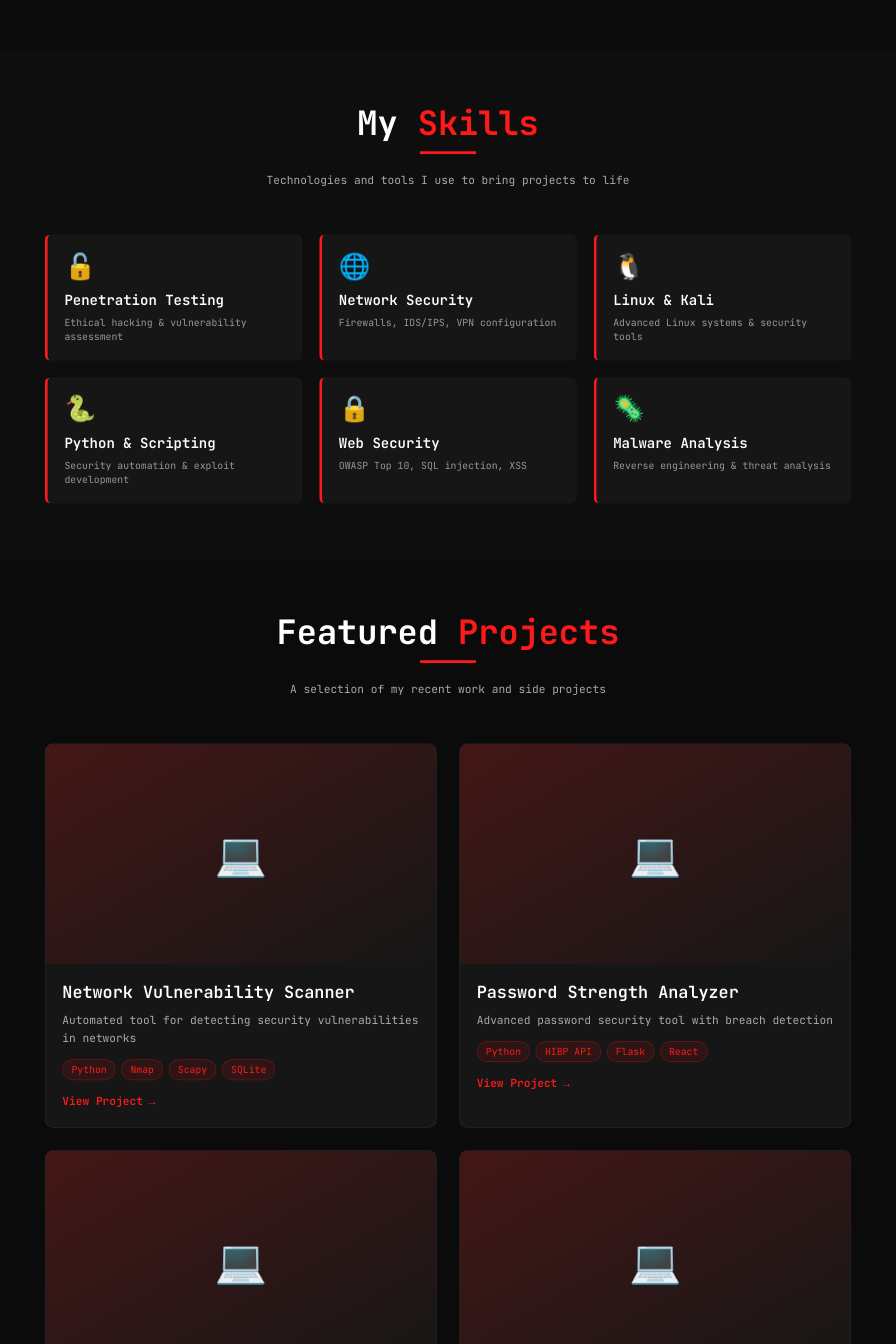
Repository: Eyub-Abdi/portfolio
Page: /
These files come from the project's save history. The page is drawn as it stood at one moment and after the next save; the edit follows.
The browser window is 1280 px wide. The pictures show the part of the page from y = 1503 to 3423 px (the page is 4977 px tall before and 5004 px after), at 70% of full size.
The project was rebuilt for these pictures with package versions that can differ from the ones it lists, and the page was loaded fresh each time. Also part of the build but not shown: vite.config.ts.

Above is the page before, as saved 2025-12-02 11:21:48.

### index.html
<!DOCTYPE html>
<html lang="en">
  <head>
    <meta charset="UTF-8" />
    <link rel="icon" type="image/svg+xml" href="/vite.svg" />
    <meta name="viewport" content="width=device-width, initial-scale=1.0" />
    <title>Ayub Abdi | Cybersecurity Specialist & Ethical Hacker</title>
    <meta name="description" content="Portfolio of Ayub Abdi - Cybersecurity Specialist specializing in penetration testing, ethical hacking, and network security." />
    <meta name="keywords" content="cybersecurity, ethical hacking, penetration testing, network security, vulnerability assessment, Ayub Abdi" />
    <meta name="author" content="Ayub Abdi" />

    <!-- Open Graph / Facebook -->
    <meta property="og:type" content="website" />
    <meta property="og:title" content="Ayub Abdi | Cybersecurity Specialist" />
    <meta property="og:description" content="Portfolio showcasing cybersecurity projects, penetration testing, and ethical hacking expertise" />

    <!-- Twitter -->
    <meta name="twitter:card" content="summary_large_image" />
    <meta name="twitter:title" content="Ayub Abdi | Cybersecurity Specialist" />
    <meta name="twitter:description" content="Portfolio showcasing cybersecurity projects, penetration testing, and ethical hacking expertise" />

    <!-- Font Awesome -->
    <link rel="stylesheet" href="https://cdnjs.cloudflare.com/ajax/libs/font-awesome/6.5.0/css/all.min.css" referrerpolicy="no-referrer" />
  </head>
  <body>
    <div id="root"></div>
    <script type="module" src="/src/main.tsx"></script>
  </body>
</html>

### src/index.css
@import url('https://fonts.googleapis.com/css2?family=JetBrains+Mono:wght@400;500;600;700&display=swap');

@tailwind base;
@tailwind components;
@tailwind utilities;

* {
  margin: 0;
  padding: 0;
  box-sizing: border-box;
}

body {
  font-family: 'JetBrains Mono', monospace;
  background-color: #0b0b0b;
  color: #cfcfcf;
  line-height: 1.7;
  overflow-x: hidden;
}

html {
  scroll-behavior: smooth;
}

::-webkit-scrollbar {
  width: 10px;
}

::-webkit-scrollbar-track {
  background: #0b0b0b;
}

::-webkit-scrollbar-thumb {
  background: #ff1a1a;
  border-radius: 5px;
}

::-webkit-scrollbar-thumb:hover {
  background: #ff4040;
}

### src/App.tsx
import { useState, useEffect } from 'react'

function App() {
  const [isScrolled, setIsScrolled] = useState(false)
  const [activeSection, setActiveSection] = useState('home')

  useEffect(() => {
    const handleScroll = () => {
      setIsScrolled(window.scrollY > 50)

      // Update active section based on scroll position
      const sections = ['home', 'about', 'skills', 'projects', 'contact']
      const currentSection = sections.find(section => {
        const element = document.getElementById(section)
        if (element) {
          const rect = element.getBoundingClientRect()
          return rect.top <= 100 && rect.bottom >= 100
        }
        return false
      })
      if (currentSection) setActiveSection(currentSection)
    }

    window.addEventListener('scroll', handleScroll)
    return () => window.removeEventListener('scroll', handleScroll)
  }, [])

  const scrollToSection = (sectionId: string) => {
    const element = document.getElementById(sectionId)
    if (element) {
      element.scrollIntoView({ behavior: 'smooth' })
    }
  }

  const skills = [
    { name: 'Penetration Testing', icon: '🔓', description: 'Ethical hacking & vulnerability assessment' },
    { name: 'Network Security', icon: '🌐', description: 'Firewalls, IDS/IPS, VPN configuration' },
    { name: 'Linux & Kali', icon: '🐧', description: 'Advanced Linux systems & security tools' },
    { name: 'Python & Scripting', icon: '🐍', description: 'Security automation & exploit development' },
    { name: 'Web Security', icon: '🔒', description: 'OWASP Top 10, SQL injection, XSS' },
    { name: 'Malware Analysis', icon: '🦠', description: 'Reverse engineering & threat analysis' }
  ]

  const projects = [
    {
      title: 'Network Vulnerability Scanner',
      description: 'Automated tool for detecting security vulnerabilities in networks',
      tech: ['Python', 'Nmap', 'Scapy', 'SQLite'],
      link: '#'
    },
    {
      title: 'Password Strength Analyzer',
      description: 'Advanced password security tool with breach detection',
      tech: ['Python', 'HIBP API', 'Flask', 'React'],
      link: '#'
    },
    {
      title: 'Web Application Firewall',
      description: 'Custom WAF for detecting and blocking malicious requests',
      tech: ['Python', 'ModSecurity', 'Nginx', 'ML'],
      link: '#'
    },
    {
      title: 'Security Awareness Platform',
      description: 'Educational platform for cybersecurity training',
      tech: ['React', 'Node.js', 'MongoDB', 'Gamification'],
      link: '#'
    }
  ]

  return (
    <div className="min-h-screen bg-dark-bg text-gray-text">
      {/* Header */}
      <header className={`fixed w-full z-50 transition-all duration-300 ${isScrolled ? 'bg-black/80 backdrop-blur-md border-b border-red-terminal/10' : 'bg-transparent'}`}>
        <nav className="container mx-auto px-6 py-4">
          <div className="flex items-center justify-between">
            <a
              href="#home"
              onClick={e => {
                e.preventDefault()
                scrollToSection('home')
              }}
              className="text-red-terminal text-2xl font-bold hover:opacity-80 transition-opacity"
            >
              &lt;Ayub Abdi /&gt;
            </a>

            <ul className="hidden md:flex items-center gap-8">
              {['home', 'about', 'skills', 'projects', 'contact'].map(item => (
                <li key={item}>
                  <a
                    href={`#${item}`}
                    onClick={e => {
                      e.preventDefault()
                      scrollToSection(item)
                    }}
                    className={`capitalize text-sm font-medium transition-colors hover:text-red-terminal ${activeSection === item ? 'text-red-terminal' : 'text-gray-text'}`}
                  >
                    {item}
                  </a>
                </li>
              ))}
            </ul>

            <a
              href="#contact"
              onClick={e => {
                e.preventDefault()
                scrollToSection('contact')
              }}
              className="hidden md:block bg-gradient-to-r from-red-terminal to-red-500 text-white px-6 py-2 rounded-full font-semibold hover:scale-105 transition-transform"
            >
              Get In Touch
            </a>
          </div>
        </nav>
      </header>

      {/* Hero Section */}
      <section id="home" className="min-h-screen flex items-center justify-center relative overflow-hidden px-6">
        <div className="absolute inset-0 bg-gradient-to-br from-black via-dark-bg to-panel-bg"></div>
        <div className="absolute inset-0 opacity-10">
          <div className="absolute top-20 left-20 w-72 h-72 bg-red-terminal rounded-full filter blur-3xl animate-pulse"></div>
          <div className="absolute bottom-20 right-20 w-96 h-96 bg-red-terminal rounded-full filter blur-3xl animate-pulse delay-1000"></div>
        </div>

        <div className="relative z-10 text-center max-w-4xl mx-auto">
          <div className="mb-6 overflow-hidden">
            <p className="text-red-terminal text-sm md:text-base font-semibold uppercase tracking-widest mb-4 animate-fade-in">Welcome to My Portfolio</p>
          </div>

          <h1 className="text-5xl md:text-7xl font-bold text-white mb-6 leading-tight">
            Hi, I'm <span className="text-red-terminal">Your Name</span>
          </h1>

          <h2 className="text-2xl md:text-4xl font-semibold text-gray-text/90 mb-8">Full Stack Developer & Designer</h2>

          <p className="text-lg md:text-xl text-gray-text/80 max-w-2xl mx-auto mb-12 leading-relaxed">I craft beautiful, functional, and user-centered digital experiences. Let's build something amazing together.</p>

          <div className="flex flex-col sm:flex-row gap-4 justify-center items-center">
            <a
              href="#projects"
              onClick={e => {
                e.preventDefault()
                scrollToSection('projects')
              }}
              className="group relative bg-gradient-to-r from-red-terminal to-red-500 text-white px-8 py-4 rounded-full font-semibold text-lg hover:scale-105 transition-all duration-300 shadow-lg shadow-red-terminal/30 overflow-hidden"
            >
              <span className="relative z-10 flex items-center gap-2">
                View My Work
                <span className="group-hover:translate-x-1 transition-transform">→</span>
              </span>
              <div className="absolute inset-0 bg-gradient-to-r from-red-500 to-red-terminal opacity-0 group-hover:opacity-100 transition-opacity"></div>
            </a>

            <a
              href="#contact"
              onClick={e => {
                e.preventDefault()
                scrollToSection('contact')
              }}
              className="border-2 border-red-terminal text-red-terminal px-8 py-4 rounded-full font-semibold text-lg hover:bg-red-terminal hover:text-white transition-all duration-300"
            >
              Contact Me
            </a>
          </div>
        </div>
      </section>

      {/* About Section */}
      <section id="about" className="py-20 px-6">
        <div className="container mx-auto max-w-6xl">
          <div className="text-center mb-16">
            <h2 className="text-4xl md:text-5xl font-bold text-white mb-4">
              About <span className="text-red-terminal">Me</span>
            </h2>
            <div className="w-20 h-1 bg-red-terminal mx-auto"></div>
          </div>

          <div className="grid md:grid-cols-2 gap-12 items-center">
            <div className="space-y-6">
              <p className="text-lg text-gray-text/90 leading-relaxed">
                I'm a passionate cybersecurity professional specializing in penetration testing, vulnerability assessment,
                and ethical hacking. With a deep understanding of both offensive and defensive security, I help organizations
                protect their digital assets.
              </p>

              <p className="text-lg text-gray-text/90 leading-relaxed">
                My journey in cybersecurity started with a fascination for how systems work and how they can be secured.
                Today, I focus on identifying vulnerabilities before malicious actors can exploit them.
              </p>

              <div className="pt-4">
                <h3 className="text-xl font-semibold text-red-terminal mb-4">Quick Facts</h3>
                <ul className="space-y-2">
                  <li className="flex items-center gap-3">
                    <span className="text-red-terminal">▹</span>
                    <span>🎓 Certified Ethical Hacker (CEH)</span>
                  </li>
                  <li className="flex items-center gap-3">
                    <span className="text-red-terminal">▹</span>
                    <span>🛡️ OSCP & Security+</span>
                  </li>
                  <li className="flex items-center gap-3">
                    <span className="text-red-terminal">▹</span>
                    <span>📍 Based in East Africa</span>
                  </li>
                  <li className="flex items-center gap-3">
                    <span className="text-red-terminal">▹</span>
                    <span>💻 Kali Linux Enthusiast</span>
                  </li>
                </ul>
              </div>
            </div>

            <div className="relative">
              <div className="aspect-square bg-gradient-to-br from-red-terminal/20 to-transparent rounded-2xl p-8 border border-red-terminal/30">
                <div className="w-full h-full bg-panel-bg rounded-xl flex items-center justify-center text-8xl">🛡️</div>
              </div>
              <div className="absolute -bottom-6 -right-6 w-full h-full bg-red-terminal/10 rounded-2xl -z-10"></div>
            </div>
          </div>
        </div>
      </section>

      {/* Skills Section */}
      <section id="skills" className="py-20 px-6 bg-panel-bg/30">
        <div className="container mx-auto max-w-6xl">
          <div className="text-center mb-16">
            <h2 className="text-4xl md:text-5xl font-bold text-white mb-4">
              My <span className="text-red-terminal">Skills</span>
            </h2>
            <div className="w-20 h-1 bg-red-terminal mx-auto mb-6"></div>
            <p className="text-gray-text/80 max-w-2xl mx-auto">Technologies and tools I use to bring projects to life</p>
          </div>

          <div className="grid grid-cols-1 md:grid-cols-2 lg:grid-cols-3 gap-6">
            {skills.map((skill, index) => (
              <div key={index} className="group bg-panel-bg border-l-4 border-red-terminal p-6 rounded-lg hover:transform hover:-translate-y-2 transition-all duration-300 hover:shadow-xl hover:shadow-red-terminal/20">
                <div className="text-4xl mb-4">{skill.icon}</div>
                <h3 className="text-xl font-semibold text-white mb-2 group-hover:text-red-terminal transition-colors">{skill.name}</h3>
                <p className="text-gray-text/70 text-sm">{skill.description}</p>
              </div>
            ))}
          </div>
        </div>
      </section>

      {/* Projects Section */}
      <section id="projects" className="py-20 px-6">
        <div className="container mx-auto max-w-6xl">
          <div className="text-center mb-16">
            <h2 className="text-4xl md:text-5xl font-bold text-white mb-4">
              Featured <span className="text-red-terminal">Projects</span>
            </h2>
            <div className="w-20 h-1 bg-red-terminal mx-auto mb-6"></div>
            <p className="text-gray-text/80 max-w-2xl mx-auto">A selection of my recent work and side projects</p>
          </div>

          <div className="grid grid-cols-1 md:grid-cols-2 gap-8">
            {projects.map((project, index) => (
              <div key={index} className="group bg-panel-bg rounded-xl overflow-hidden border border-gray-text/10 hover:border-red-terminal/50 transition-all duration-300 hover:transform hover:-translate-y-2 hover:shadow-2xl hover:shadow-red-terminal/20">
                <div className="aspect-video bg-gradient-to-br from-red-terminal/20 to-panel-bg flex items-center justify-center text-6xl group-hover:scale-105 transition-transform duration-300">💻</div>

                <div className="p-6">
                  <h3 className="text-2xl font-semibold text-white mb-3 group-hover:text-red-terminal transition-colors">{project.title}</h3>

                  <p className="text-gray-text/80 mb-4 leading-relaxed">{project.description}</p>

                  <div className="flex flex-wrap gap-2 mb-4">
                    {project.tech.map((tech, i) => (
                      <span key={i} className="px-3 py-1 bg-red-terminal/10 text-red-terminal text-sm rounded-full border border-red-terminal/30">
                        {tech}
                      </span>
                    ))}
                  </div>

                  <a href={project.link} className="inline-flex items-center gap-2 text-red-terminal font-semibold hover:gap-3 transition-all">
                    View Project <span>→</span>
                  </a>
                </div>
              </div>
            ))}
          </div>
        </div>
      </section>

      {/* Contact Section */}
      <section id="contact" className="py-20 px-6 bg-panel-bg/30">
        <div className="container mx-auto max-w-4xl">
          <div className="text-center mb-16">
            <h2 className="text-4xl md:text-5xl font-bold text-white mb-4">
              Get In <span className="text-red-terminal">Touch</span>
            </h2>
            <div className="w-20 h-1 bg-red-terminal mx-auto mb-6"></div>
            <p className="text-gray-text/80 max-w-2xl mx-auto">
              Need a security assessment or penetration test? Let's discuss how I can help secure your infrastructure.
            </p>
          </div>

          <div className="grid md:grid-cols-2 gap-8 mb-12">
            <div className="bg-panel-bg p-8 rounded-xl border border-red-terminal/20">
              <div className="text-4xl mb-4">📧</div>
              <h3 className="text-xl font-semibold text-white mb-2">Email</h3>
              <a href="mailto:ayubabdi@protonmail.com" className="text-red-terminal hover:underline">
                ayubabdi@protonmail.com
              </a>
            </div>

            <div className="bg-panel-bg p-8 rounded-xl border border-red-terminal/20">
              <div className="text-4xl mb-4">💼</div>
              <h3 className="text-xl font-semibold text-white mb-2">Social</h3>
              <div className="flex gap-4">
                <a href="#" className="text-gray-text hover:text-red-terminal transition-colors">
                  <svg className="w-6 h-6" fill="currentColor" viewBox="0 0 24 24">
                    <path d="M12 0c-6.626 0-12 5.373-12 12 0 5.302 3.438 9.8 8.207 11.387.599.111.793-.261.793-.577v-2.234c-3.338.726-4.033-1.416-4.033-1.416-.546-1.387-1.333-1.756-1.333-1.756-1.089-.745.083-.729.083-.729 1.205.084 1.839 1.237 1.839 1.237 1.07 1.834 2.807 1.304 3.492.997.107-.775.418-1.305.762-1.604-2.665-.305-5.467-1.334-5.467-5.931 0-1.311.469-2.381 1.236-3.221-.124-.303-.535-1.524.117-3.176 0 0 1.008-.322 3.301 1.23.957-.266 1.983-.399 3.003-.404 1.02.005 2.047.138 3.006.404 2.291-1.552 3.297-1.23 3.297-1.23.653 1.653.242 2.874.118 3.176.77.84 1.235 1.911 1.235 3.221 0 4.609-2.807 5.624-5.479 5.921.43.372.823 1.102.823 2.222v3.293c0 .319.192.694.801.576 4.765-1.589 8.199-6.086 8.199-11.386 0-6.627-5.373-12-12-12z" />
                  </svg>
                </a>
                <a href="#" className="text-gray-text hover:text-red-terminal transition-colors">
                  <svg className="w-6 h-6" fill="currentColor" viewBox="0 0 24 24">
                    <path d="M19 0h-14c-2.761 0-5 2.239-5 5v14c0 2.761 2.239 5 5 5h14c2.762 0 5-2.239 5-5v-14c0-2.761-2.238-5-5-5zm-11 19h-3v-11h3v11zm-1.5-12.268c-.966 0-1.75-.79-1.75-1.764s.784-1.764 1.75-1.764 1.75.79 1.75 1.764-.783 1.764-1.75 1.764zm13.5 12.268h-3v-5.604c0-3.368-4-3.113-4 0v5.604h-3v-11h3v1.765c1.396-2.586 7-2.777 7 2.476v6.759z" />
                  </svg>
                </a>
                <a href="#" className="text-gray-text hover:text-red-terminal transition-colors">
                  <svg className="w-6 h-6" fill="currentColor" viewBox="0 0 24 24">
                    <path d="M23.953 4.57a10 10 0 01-2.825.775 4.958 4.958 0 002.163-2.723c-.951.555-2.005.959-3.127 1.184a4.92 4.92 0 00-8.384 4.482C7.69 8.095 4.067 6.13 1.64 3.162a4.822 4.822 0 00-.666 2.475c0 1.71.87 3.213 2.188 4.096a4.904 4.904 0 01-2.228-.616v.06a4.923 4.923 0 003.946 4.827 4.996 4.996 0 01-2.212.085 4.936 4.936 0 004.604 3.417 9.867 9.867 0 01-6.102 2.105c-.39 0-.779-.023-1.17-.067a13.995 13.995 0 007.557 2.209c9.053 0 13.998-7.496 13.998-13.985 0-.21 0-.42-.015-.63A9.935 9.935 0 0024 4.59z" />
                  </svg>
                </a>
              </div>
            </div>
          </div>

          <form className="bg-panel-bg p-8 rounded-xl border border-red-terminal/20">
            <div className="grid md:grid-cols-2 gap-6 mb-6">
              <input type="text" placeholder="Your Name" className="w-full px-4 py-3 bg-dark-bg border border-gray-text/20 rounded-lg text-white placeholder-gray-text/50 focus:border-red-terminal focus:outline-none transition-colors" />
              <input type="email" placeholder="Your Email" className="w-full px-4 py-3 bg-dark-bg border border-gray-text/20 rounded-lg text-white placeholder-gray-text/50 focus:border-red-terminal focus:outline-none transition-colors" />
            </div>

            <input type="text" placeholder="Subject" className="w-full px-4 py-3 bg-dark-bg border border-gray-text/20 rounded-lg text-white placeholder-gray-text/50 focus:border-red-terminal focus:outline-none transition-colors mb-6" />

            <textarea rows={6} placeholder="Your Message" className="w-full px-4 py-3 bg-dark-bg border border-gray-text/20 rounded-lg text-white placeholder-gray-text/50 focus:border-red-terminal focus:outline-none transition-colors mb-6 resize-none"></textarea>

            <button type="submit" className="w-full bg-gradient-to-r from-red-terminal to-red-500 text-white px-8 py-4 rounded-full font-semibold text-lg hover:scale-105 transition-transform shadow-lg shadow-red-terminal/30">
              Send Message
            </button>
          </form>
        </div>
      </section>

      {/* Footer */}
      <footer className="bg-black/50 border-t border-red-terminal/10 py-8 px-6">
        <div className="container mx-auto max-w-6xl">
          <div className="flex flex-col md:flex-row justify-between items-center gap-4">
            <p className="text-gray-text/70 text-sm">© 2025 Your Name. All rights reserved.</p>

            <div className="flex gap-6">
              <a href="#" className="text-gray-text/70 hover:text-red-terminal transition-colors text-2xl">
                <i className="fab fa-github"></i>
              </a>
              <a href="#" className="text-gray-text/70 hover:text-red-terminal transition-colors text-2xl">
                <i className="fab fa-linkedin"></i>
              </a>
              <a href="#" className="text-gray-text/70 hover:text-red-terminal transition-colors text-2xl">
                <i className="fab fa-twitter"></i>
              </a>
            </div>
          </div>
        </div>
      </footer>
    </div>
  )
}

export default App

### tailwind.config.js
/** @type {import('tailwindcss').Config} */
export default {
  content: ['./index.html', './src/**/*.{js,ts,jsx,tsx}'],
  theme: {
    extend: {
      colors: {
        'red-terminal': '#ff1a1a',
        'dark-bg': '#0b0b0b',
        'panel-bg': '#161616',
        'gray-text': '#cfcfcf'
      },
      fontFamily: {
        mono: ['JetBrains Mono', 'monospace']
      }
    }
  },
  plugins: []
}

Loaded but not shown: src/main.tsx (common file)

After the next save:
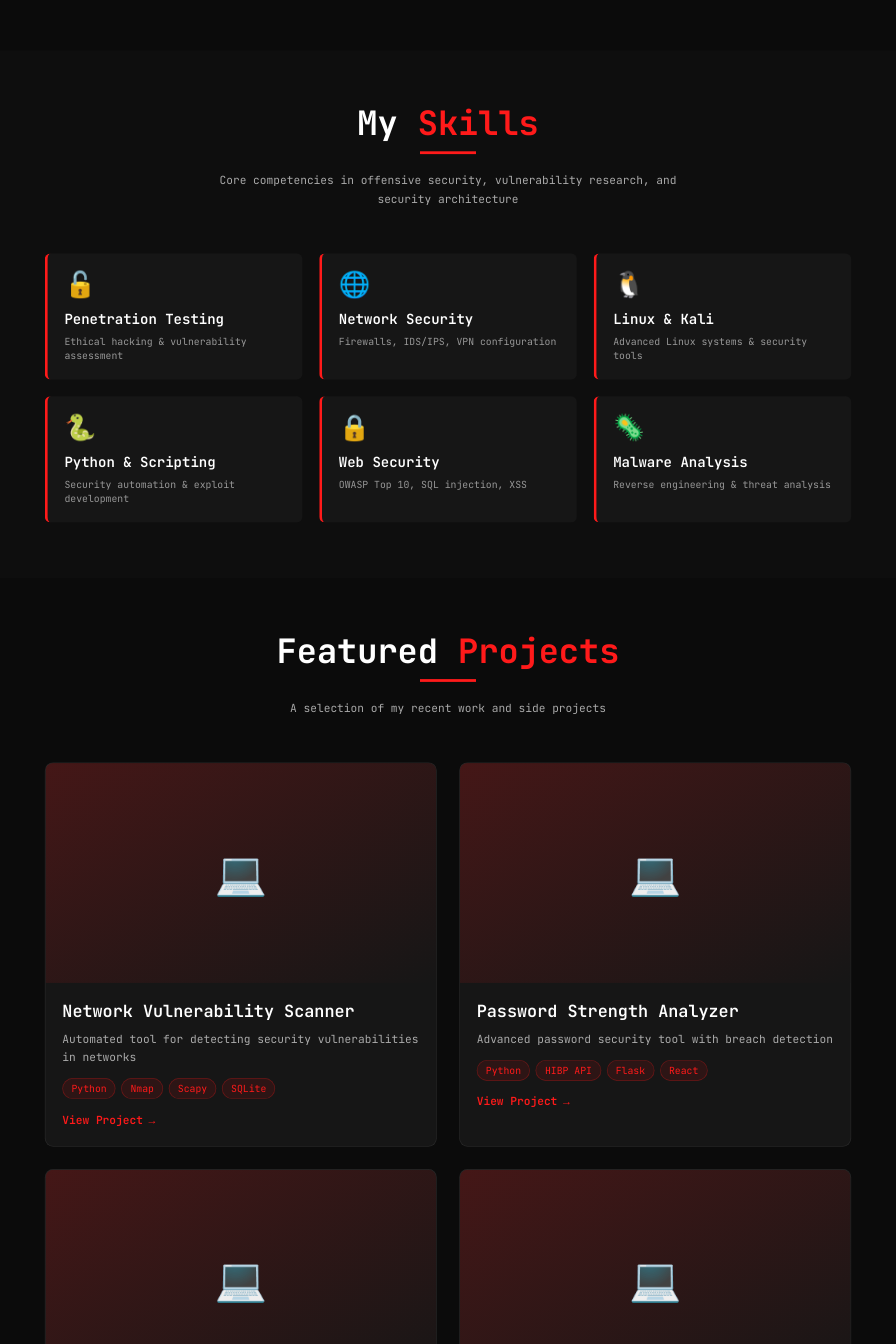
Saved 21 s later.
--- a/src/App.tsx
+++ b/src/App.tsx
@@ -231,7 +231,9 @@ function App() {
               My <span className="text-red-terminal">Skills</span>
             </h2>
             <div className="w-20 h-1 bg-red-terminal mx-auto mb-6"></div>
-            <p className="text-gray-text/80 max-w-2xl mx-auto">Technologies and tools I use to bring projects to life</p>
+            <p className="text-gray-text/80 max-w-2xl mx-auto">
+              Core competencies in offensive security, vulnerability research, and security architecture
+            </p>
           </div>
 
           <div className="grid grid-cols-1 md:grid-cols-2 lg:grid-cols-3 gap-6">
